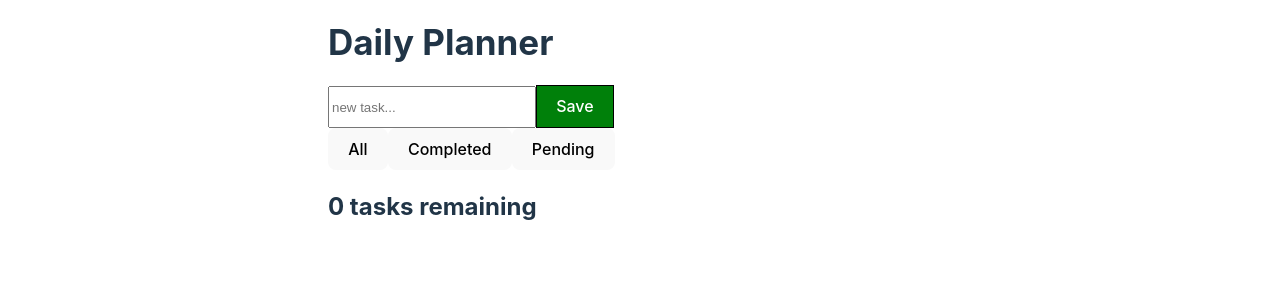
Repository: leslie179/labfour
Page: / (app in labfour/)
These files come from the project's save history. The page is drawn as it stood at one moment and after the next save; the edit follows.
The browser window is 1280 px wide. The pictures show the whole page.
The project was rebuilt for these pictures with package versions that can differ from the ones it lists, and the page was loaded fresh each time. Also part of the build but not shown: labfour/vite.config.js, labfour/src/components/Task.jsx.

Above is the page before, as saved 2024-10-27 19:42:39.

### labfour/src/index.css
:root {
  font-family: Inter, system-ui, Avenir, Helvetica, Arial, sans-serif;
  line-height: 1.5;
  font-weight: 400;

  color-scheme: light dark;
  color: rgba(255, 255, 255, 0.87);
  background-color: #242424;

  font-synthesis: none;
  text-rendering: optimizeLegibility;
  -webkit-font-smoothing: antialiased;
  -moz-osx-font-smoothing: grayscale;
}

a {
  font-weight: 500;
  color: #646cff;
  text-decoration: inherit;
}
a:hover {
  color: #535bf2;
}

.task-checkbox{
  margin-right: 10px;
}
h1 {
  font-size: 3.2em;
  line-height: 1.1;
}

button {
  border-radius: 8px;
  border: 1px solid transparent;
  padding: 0.6em 1.2em;
  font-size: 1em;
  font-weight: 500;
  font-family: inherit;
  background-color: #1a1a1a;
  cursor: pointer;
  transition: border-color 0.25s;
}
button:hover {
  border-color: #646cff;
}
button:focus,
button:focus-visible {
  outline: 4px auto -webkit-focus-ring-color;
}

@media (prefers-color-scheme: light) {
  :root {
    color: #213547;
    background-color: #ffffff;
  }
  a:hover {
    color: #747bff;
  }
  button {
    background-color: #f9f9f9;
  }
}

### labfour/src/App.jsx
import { useState } from 'react';
import './App.css';
import Task from './components/Task';
import TaskForm from './components/TaskForm';

function App() {
  const [tasks, setTasks] = useState([]);
  const [filter, setFilter] = useState("All");

  const remainingTasks = tasks.filter(task => !task.completed).length;

  return (
    <div>
      <h1>Daily Planner</h1>
      <TaskForm setTasks={setTasks} />
      <button onClick={() => setFilter("All")}>All</button>
      <button onClick={() => setFilter("Completed")}>Completed</button>
      <button onClick={() => setFilter("Pending")}>Pending</button>
      <h2>{remainingTasks} task{remainingTasks !== 1 ? 's' : ''} remaining</h2>
      <ul>
        {tasks.filter(task => {
          if (filter === "All") return true;
          if (filter === "Completed") return task.completed;
          return !task.completed;
        }).map((task, index) => (
          <Task key={index} task={task} setTasks={setTasks} index={index} />
        ))}
      </ul>
    </div>
  );
}

export default App;

### labfour/src/App.css
#root {
  max-width: 1280px;
  text-align: left;
  padding-left: 20rem;
}

h1{
  font-size: 35px;
}

.filter-button{
  border: 1px solid black;
  background-color: white;
  margin-right: 10px;
  margin-top: 20px;
  border-radius: 0px;
}

.save{
  background-color: #00800a;
  border-radius: 0px;
  border: 1px solid black;
  padding-top:2mm;
  height:43px;
  color: white;

}

.task-checkbox{
  margin-right: 20px;
}
.task-item{
  padding-top: 20px;
}

.completed {
  text-decoration: line-through;
  color: black;
}

.task-button{
  position: absolute;
  border-radius: 0px;
  border: 1px solid black;
  background-color: white;
}
.task-font{
  font-weight: bold;
  font-size: 20px;
  margin-right: 80px;
}

.h2{
  font-weight: bold;
  font-size: 30px;
}
.input{
width:200px;
height:36px;
}

.read-the-docs {
  color: #888;
}

### labfour/src/components/TaskForm.jsx
import { useState } from "react"

function TaskForm({ setTasks }) {
    const [currentTask, setCurrentTask] = useState()
    const save = () => {
        setTasks((currentTasks) => { // trick to get current state
            // im just naming it tmp for temporary
            const tmpTasks = [...currentTasks] // deep copy (tmpTasks is just a copy of currentTasks cause you cant just copy an array)
            tmpTasks.push({ task: currentTask, completed: false })
            return tmpTasks
        })
        setCurrentTask("")
    }
    // the onChange is a function that runs everytime the input text changes
    // everytime the input text changes update the state with the value of the text input
    return <div>
        <input className="input" type="text" onChange={(e) => setCurrentTask(e.target.value)} placeholder="new task..."/>
        <button className="save" onClick={() => save()}>Save</button>
    </div>
}

export default TaskForm

Loaded but not shown: labfour/index.html (common file); labfour/src/main.jsx (common file)

After the next save:
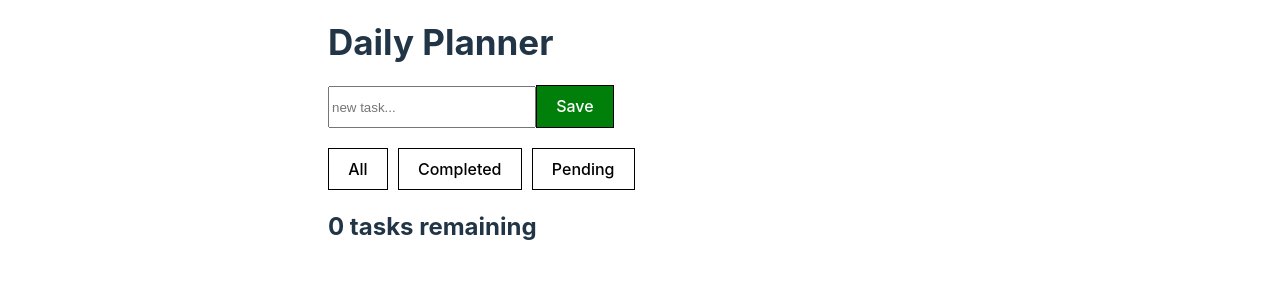
Saved 2 min 38 s later.
--- a/labfour/src/App.jsx
+++ b/labfour/src/App.jsx
@@ -13,17 +13,20 @@ function App() {
     <div>
       <h1>Daily Planner</h1>
       <TaskForm setTasks={setTasks} />
-      <button onClick={() => setFilter("All")}>All</button>
-      <button onClick={() => setFilter("Completed")}>Completed</button>
-      <button onClick={() => setFilter("Pending")}>Pending</button>
+
+      <button className="filter-button" onClick={() => setFilter("All")}>All</button>
+      <button className="filter-button" onClick={() => setFilter("Completed")}>Completed</button>
+      <button className="filter-button" onClick={() => setFilter("Pending")}>Pending</button>
+
       <h2>{remainingTasks} task{remainingTasks !== 1 ? 's' : ''} remaining</h2>
+
       <ul>
-        {tasks.filter(task => {
+        {tasks.filter((task) => {
           if (filter === "All") return true;
           if (filter === "Completed") return task.completed;
           return !task.completed;
-        }).map((task, index) => (
-          <Task key={index} task={task} setTasks={setTasks} index={index} />
+        }).map((task, i) => (
+          <Task key={i} task={task} setTasks={setTasks} index={i} />
         ))}
       </ul>
     </div>
